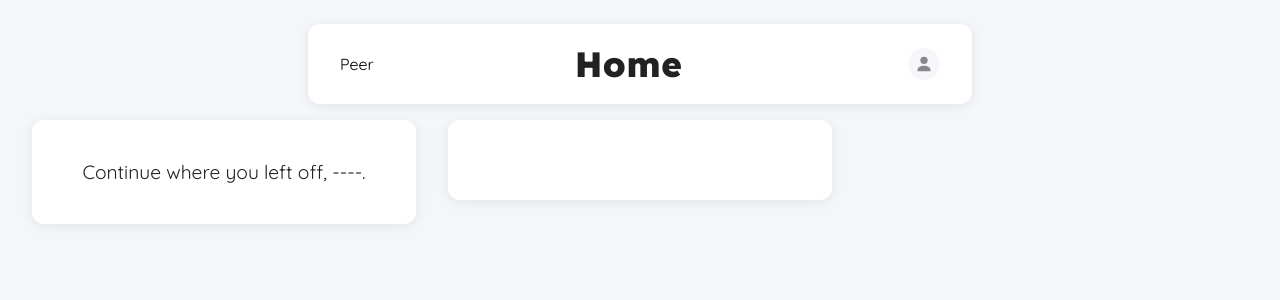
Repository: saifg123/Peer
Page: home.html
These files come from the project's save history. The page is drawn as it stood at one moment and after the next save; the edit follows.
The browser window is 1280 px wide. The pictures show the whole page.

Above is the page before, as saved 2025-05-24 19:56:48.

### home.html
<!DOCTYPE html>
<script>
    document.addEventListener('DOMContentLoaded', function() {
        const box = document.querySelector('.continue-box');
        if (box) {
            box.style.cursor = 'pointer';
            box.addEventListener('click', function() {
                window.location.href = 'app.html';
            });
        }
    });
</script>
<html lang="en">
<head>
    <link href="https://fonts.googleapis.com/css2?family=Lexend:wght@100..900&family=Quicksand:wght@300..700&family=Rubik:ital,wght@0,300..900;1,300..900&display=swap" rel="stylesheet">
    <meta charset="UTF-8">
    <title>Peer - Home</title>
    <style>
        .header {
            display: flex;
            align-items: center;
            justify-content: space-between;
            background: #fff;
            padding: 18px 32px;
            border-radius: 12px;
            box-shadow: 0 2px 12px rgba(0,0,0,0.08);
            position: absolute;
            top: 0;
            left: 0;
            right: 0;
            margin: 24px auto 0 auto;
            max-width: 600px;
        }
        .header-title {
            display: flex;
            align-items: center;
            gap: 16px;
        }
        .header-placeholder {
            font-family: 'Lexend', sans-serif;
            font-size: 2.1rem;
            font-weight: 800;
            color: #fff;
            background: #222;
            width: 44px;
            height: 44px;
            display: flex;
            align-items: center;
            justify-content: center;
            border-radius: 50%;
            margin-right: 18px;
            letter-spacing: 1px;
            box-shadow: 0 2px 8px rgba(0,0,0,0.07);
        }
        .header-home {
            font-family: 'Lexend', sans-serif;
            font-size: 2.2rem;
            font-weight: 800;
            color: #222;
            margin-left: 185px;
            letter-spacing: 0.5px;
        }
        .guest-icon {
            width: 32px;
            height: 32px;
            display: flex;
            align-items: center;
            justify-content: center;
            background: #f5f6fa;
            border-radius: 50%;
            margin-left: 16px;
        }
        .guest-icon svg {
            width: 22px;
            height: 22px;
            fill: #888;
        }
    </style>
    <style>
        body {
            background: #f5f6fa;
            font-family: 'Quicksand', sans-serif;
            margin: 0;
            padding: 0;
            min-height: 100vh;
            display: flex;
            align-items: center;
            justify-content: center;
        }
        .continue-box {
            background: #fff;
            border-radius: 12px;
            box-shadow: 0 2px 12px rgba(0,0,0,0.08);
            padding: 40px 32px;
            min-width: 320px;
            text-align: center;
            position: absolute;
            top: 120px;
            left: 32px;
            font-size: 1.2rem;
            color: #222;
        }
        .continue-box:hover {
            background: #e0e0e0;
            transition: background 0.3s ease;
        }
        .to-do-box {
            background: #fff;
            border-radius: 12px;
            box-shadow: 0 2px 12px rgba(0,0,0,0.08);
            padding: 40px 32px;
            min-width: 320px;
            min-height: 20;
            text-align: center;
            position: absolute;
            top: 120px;
            left: 400px;
            font-size: 1.2rem;
            color: #222;
            display: flex;
            align-items: center;
            justify-content: center;
            margin-left: 48px;
        }
        .to-do-box:hover {
            background: #e0e0e0;
            transition: background 0.3s ease;
        }
    </style>
</head>
<body>
    <div class="header">
        <div class="header-title">
            Peer
            <span class="header-home">Home</span>
        </div>
        <div class="guest-icon">
            <svg viewBox="0 0 24 24">
                <circle cx="12" cy="8" r="4"/>
                <path d="M12 14c-4 0-7 2-7 4v2h14v-2c0-2-3-4-7-4z"/>
            </svg>
        </div>
    </div>
    <div class="continue-box">
        Continue where you left off, ----.
    </div>
    <div class="to-do-box"></div>
</body>
</html>

After the next save:
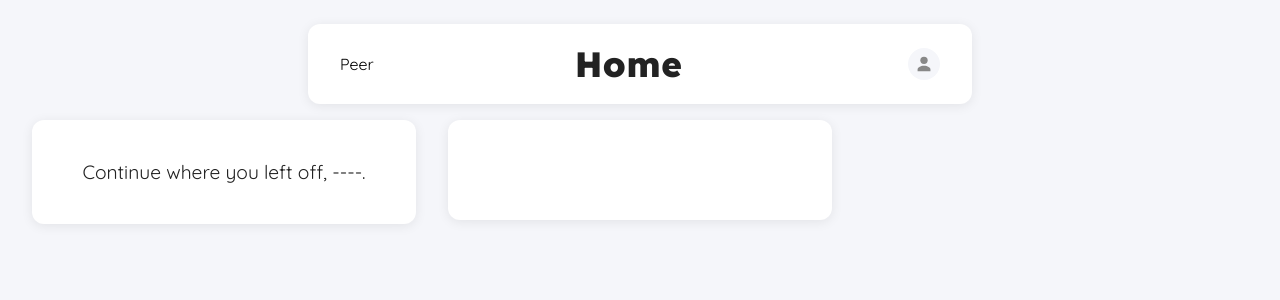
Saved 6 s later.
--- a/home.html
+++ b/home.html
@@ -110,7 +110,7 @@
             box-shadow: 0 2px 12px rgba(0,0,0,0.08);
             padding: 40px 32px;
             min-width: 320px;
-            min-height: 20;
+            min-height: 20px;
             text-align: center;
             position: absolute;
             top: 120px;
